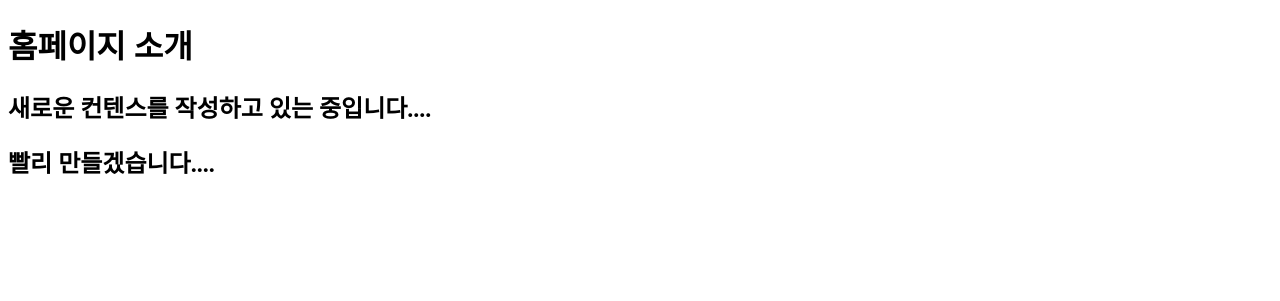
Repository: sieoh/2024html-
Page: http://localhost/jspweb_07/main2.jsp
These files come from the project's save history. The page is drawn as it stood at one moment and after the next save; the edit follows.
The browser window is 1280 px wide. The pictures show the whole page.
The page is served by Tomcat 9. Other server files are loaded and not shown.

Above is the page before, as saved 2024-01-11 02:19:11.

### workspace_sts/jspweb_07/src/main/webapp/main2.jsp
<%@ page language="java" contentType="text/html; charset=UTF-8"
    pageEncoding="UTF-8"%>
<!DOCTYPE html>
<html>
<head>
<meta charset="UTF-8">
<title>Insert title here</title>
</head>
<body>
	<!-- 현재 작업하고 있는 파일 -->
	<div id="myworkcontent">
		<h1>홈페이지 소개</h1>
		<h2>새로운 컨텐스를 작성하고 있는 중입니다....</h2>
		<h2>빨리 만들겠습니다....</h2>
	</div>
</body>
</html>

### workspace_sts/jspweb_07/src/main/webapp/header.jsp
<%@ page language="java" contentType="text/html; charset=UTF-8"
    pageEncoding="UTF-8"%>
<!DOCTYPE html>
<html>
<head>
<meta charset="UTF-8">
<title>Insert title here</title>
</head>
<body>
	<div id="header">
        <ul>
            <li><a href="#">Home</a></li>
            <li><a href="#">About</a></li>
            <li><a href="#">Services</a></li>
            <li><a href="#">Contact</a></li>
        </ul>
    </div>
</body>
</html>

After the next save:
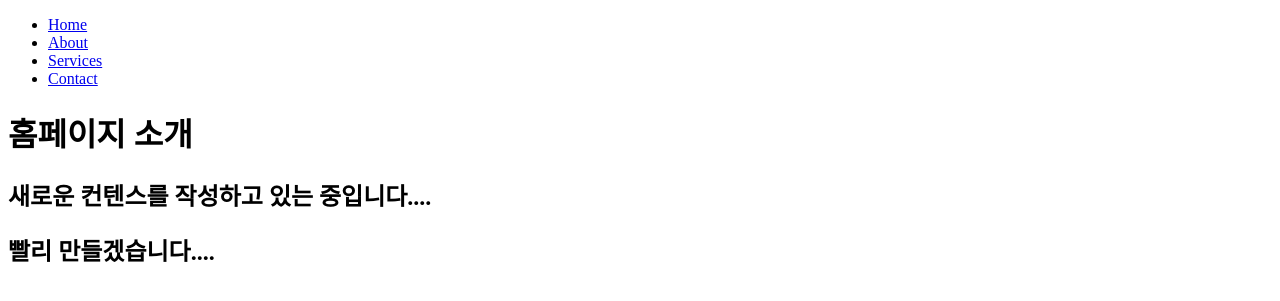
Saved 86 s later.
--- a/workspace_sts/jspweb_07/src/main/webapp/main2.jsp
+++ b/workspace_sts/jspweb_07/src/main/webapp/main2.jsp
@@ -8,6 +8,7 @@
 </head>
 <body>
 	<!-- 현재 작업하고 있는 파일 -->
+	<%@ include file="header.jsp" %>
 	<div id="myworkcontent">
 		<h1>홈페이지 소개</h1>
 		<h2>새로운 컨텐스를 작성하고 있는 중입니다....</h2>
